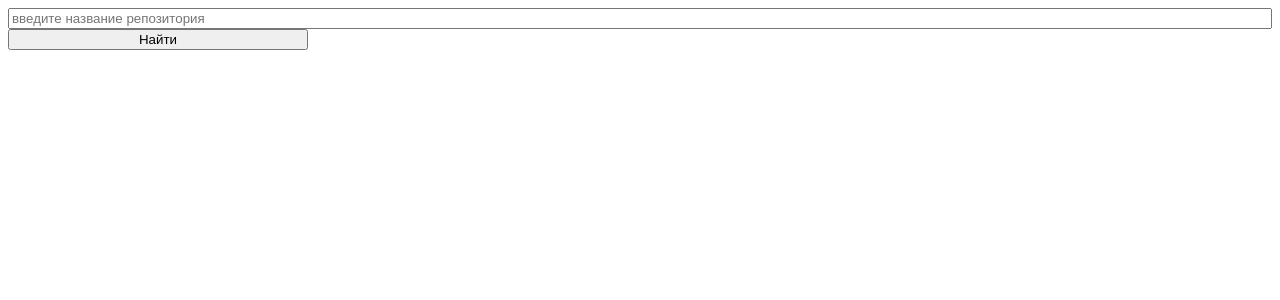
Repository: Grid-Master/repositoriesSearch
Page: index.html
These files come from the project's save history. The page is drawn as it stood at one moment and after the next save; the edit follows.
The browser window is 1280 px wide. The pictures show the whole page.
The page's requests for data from a server got no answer.

Above is the page before, as saved 2023-03-05 19:46:29.

After the next save:
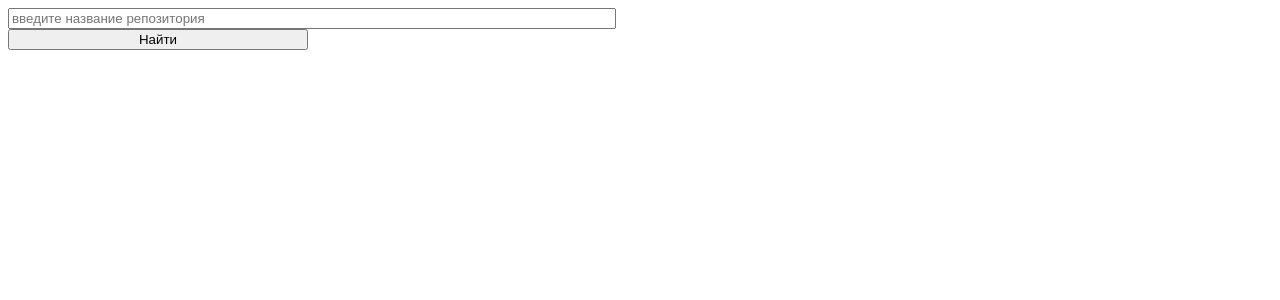
Saved 17 s later.
--- a/index.html
+++ b/index.html
@@ -13,6 +13,9 @@
       button {
         width: 300px;
       }
+      input {
+        width: 600px;
+      }
     </style>
   </head>
   <body>
